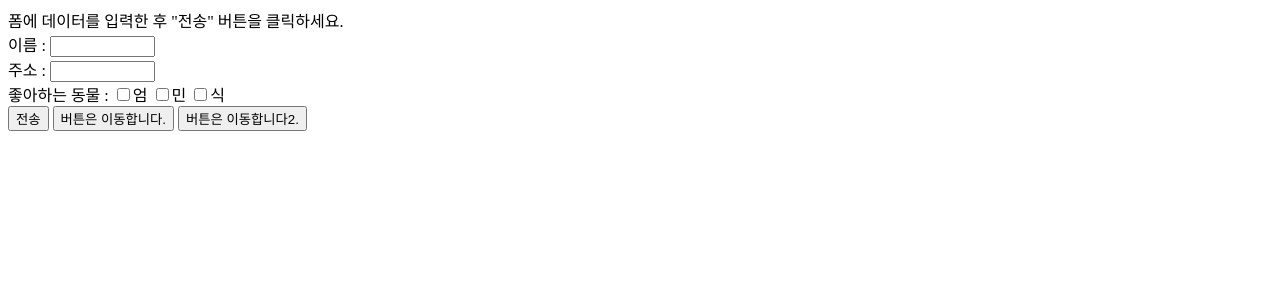
Repository: eParkjongtaek/lovedisket
Page: http://localhost/KH18_1/0905/12makeTestForm.jsp
These files come from the project's save history. The page is drawn as it stood at one moment and after the next save; the edit follows.
The browser window is 1280 px wide. The pictures show the whole page.
The page is served by Tomcat 9. Other server files are loaded and not shown.

Above is the page before, as saved 2017-09-05 06:07:05.

### source/KH18_1/WebContent/0905/12makeTestForm.jsp
<%@ page contentType="text/html; charset=euc-kr" %>
<html>
	<head>
		<title>폼 생성</title>
		<style>
			hr { border-top:1px solid #9C9C9C; border-bottom:1px solid #F6F6F6; }
		</style>
		<script src="https://ajax.googleapis.com/ajax/libs/jquery/1.12.4/jquery.min.js"></script>
		<script type="text/javascript">
			$(function () {
				$("#move").click(function () {

					$("#form1").submit();

				});
			});

			function move_submit()
			{
				$("#form1").submit();
			}

		</script>
	</head>
	<body>
		폼에 데이터를 입력한 후 "전송" 버튼을 클릭하세요.
		<form id="form1" action="./13viewParameter.jsp" method="post">
			이름 : <input type="text" name="name" size="10"><br/>
			주소 : <input type="text" name="address" size="10"><br/>
			좋아하는 동물 :
				<input type="checkbox" name="pet" value="엄자바">엄
				<input type="checkbox" name="pet" value="민자바">민
				<input type="checkbox" name="pet" value="식자바">식
			<br/>
			<input type="submit" value="전송">
			<input id="move" type="button" value="버튼은 이동합니다." >
			<input type="button" value="버튼은 이동합니다2." onclick="javascript:move_submit();">

		</form>
	</body>
</html>

After the next save:
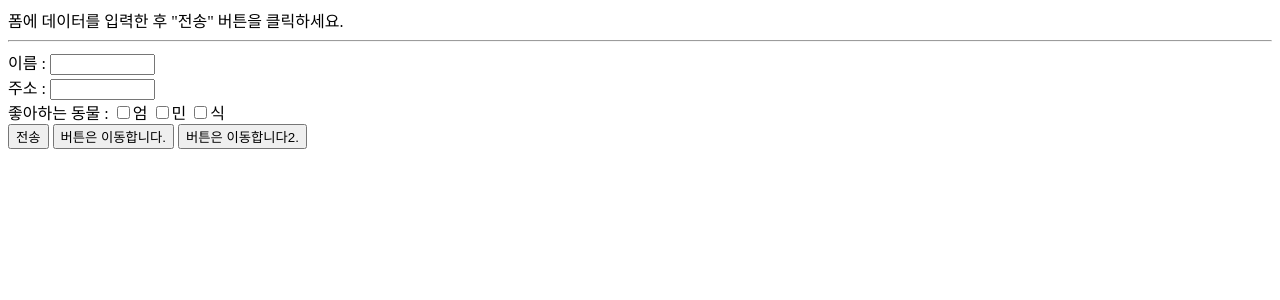
Saved 8 s later.
--- a/source/KH18_1/WebContent/0905/12makeTestForm.jsp
+++ b/source/KH18_1/WebContent/0905/12makeTestForm.jsp
@@ -25,7 +25,7 @@
 	<body>
 		폼에 데이터를 입력한 후 "전송" 버튼을 클릭하세요.
 		<form id="form1" action="./13viewParameter.jsp" method="post">
-			이름 : <input type="text" name="name" size="10"><br/>
+			<hr>이름</hr> : <input type="text" name="name" size="10"><br/>
 			주소 : <input type="text" name="address" size="10"><br/>
 			좋아하는 동물 :
 				<input type="checkbox" name="pet" value="엄자바">엄
